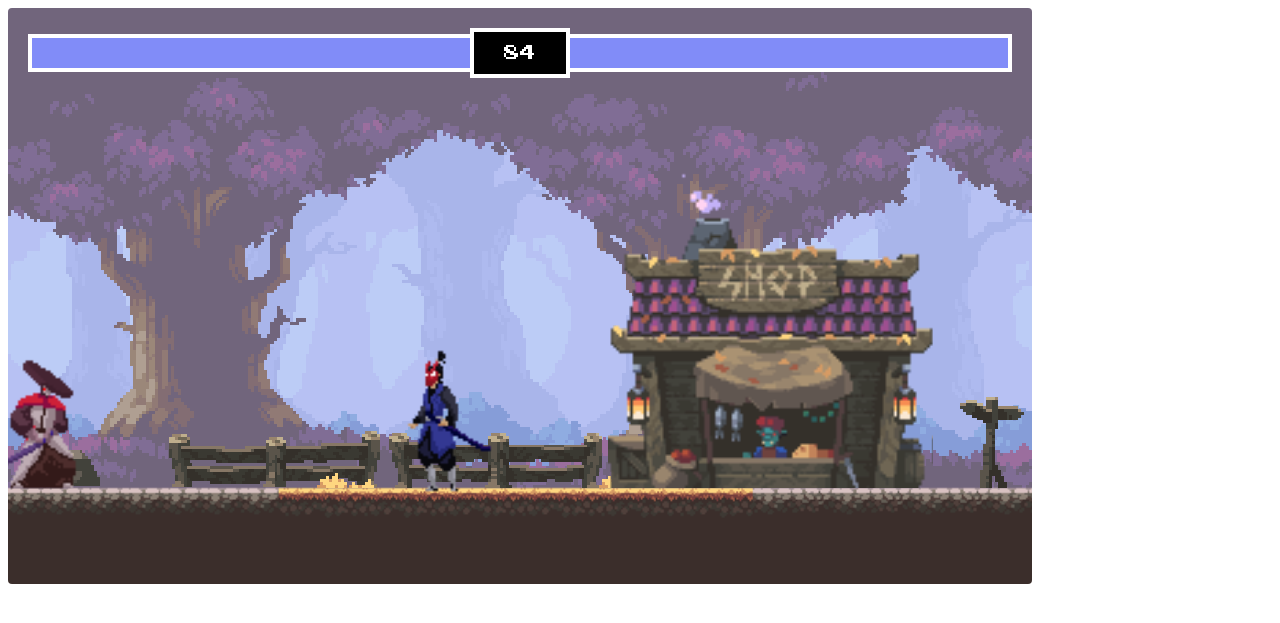
Repository: LuizAGDomingues/js-fighting-game
Page: index.html
An editor plug-in stored every save of this project. The page is shown before and after a run of saves, followed by the edit.
The browser window is 1280 px wide. The pictures show the whole page.

Above is the page before, as saved 2022-12-23 11:59:33.

### index.html
<!DOCTYPE html>
<html lang="en">
  <head>
    <meta charset="UTF-8" />
    <link rel="icon" type="image/svg+xml" href="./images/Logo.jpg" />
    <link rel="preconnect" href="https://fonts.googleapis.com" />
    <link rel="preconnect" href="https://fonts.gstatic.com" crossorigin />
    <link href="https://fonts.googleapis.com/css2?family=Press+Start+2P&display=swap" rel="stylesheet" />
    <link href="./src/css/battle.css" rel="stylesheet" />
    <meta name="viewport" content="width=device-width, initial-scale=1.0" />
    <title>Figthing Game</title>
  </head>
  <body>
    <div class="content">
      <div class="life-bars">
        <!-- player health -->
        <div class="playerHealth-content">
          <div class="playerHealth-aux"></div>
          <div id="playerHealth" class="playerHealth-bar"></div>
        </div>
        <!-- timer -->
        <div id="timer" class="timer">10</div>
        <!-- enemy health -->
        <div class="enemyHealth-content">
          <div class="enemyHealth-aux"></div>
          <div id="enemyHealth" class="enemyHealth-bar"></div>
        </div>
      </div>
      <div id="displayText" class="result">Tie</div>
      <canvas style="border-radius: 4px;"></canvas>
    </div>
    <script
      src="https://cdnjs.cloudflare.com/ajax/libs/gsap/3.11.3/gsap.min.js"
      integrity="sha512-gmwBmiTVER57N3jYS3LinA9eb8aHrJua5iQD7yqYCKa5x6Jjc7VDVaEA0je0Lu0bP9j7tEjV3+1qUm6loO99Kw=="
      crossorigin="anonymous"
      referrerpolicy="no-referrer"
    ></script>
    <script src="./src/utils.js"></script>
    <script src="./src/classes.js"></script>
    <script src="./src/main.js"></script>
  </body>
</html>

### src/css/battle.css
* {
  box-sizing: border-box;
  font-family: 'Press Start 2P', sans-serif;
}

.content {
  position: relative;
  display: inline-block;
}

.life-bars {
  position: absolute;
  display: flex;
  width: 100%;
  align-items: center;
  padding: 20px;
}

.playerHealth-content {
  position: relative;
  width: 100%;
  display: flex;
  justify-content: flex-end;
  border-top: 4px solid white;
  border-left: 4px solid white;
  border-bottom: 4px solid white;
}

.playerHealth-aux {
  background-color: red;
  height: 30px;
  width: 100%;
}

.playerHealth-bar {
  position: absolute;
  background: #818CF8;
  top: 0;
  right: 0;
  bottom: 0;
  width: 100%;
}

.timer {
  background-color: black;
  width: 100px;
  height: 50px;
  flex-shrink: 0;
  display: flex;
  align-items: center;
  justify-content: center;
  color: white;
  border: 4px solid white;
}

.enemyHealth-content {
  position: relative;
  width: 100%;
  border-top: 4px solid white;
  border-right: 4px solid white;
  border-bottom: 4px solid white;
}

.enemyHealth-aux {
  background-color: red;
  height: 30px;
}

.enemyHealth-bar {
  position: absolute;
  background: #818CF8;
  top: 0;
  right: 0;
  bottom: 0;
  left: 0;
}

.result {
  position: absolute;
  color: white;
  align-items: center;
  justify-content: center;
  top: 0;
  right: 0;
  bottom: 0;
  left: 0;
  display: none;
}

### src/utils.js
function rectangularCollision({ rectangle1, rectangle2 }) {
  return (
    rectangle1.attackBox.position.x + rectangle1.attackBox.width >= rectangle2.position.x
    && rectangle1.attackBox.position.x <= rectangle2.position.x + rectangle2.width
    && rectangle1.attackBox.position.y + rectangle1.attackBox.height >= rectangle2.position.y
    && rectangle1.attackBox.position.y <= rectangle2.position.y + rectangle2.height
  )
};

function determineWinner({player, enemy, timerId}) {
  clearTimeout(timerId)
  document.querySelector('#displayText').style.display = 'flex'
  if(player.health === enemy.health) {
    document.querySelector('#displayText').innerHTML = 'Tie'
  } else if (player.health > enemy.health) {
    document.querySelector('#displayText').innerHTML = 'Player 1 wins'
  } else if (player.health < enemy.health) {
    document.querySelector('#displayText').innerHTML = 'Player 2 wins'
  }
};

### src/classes.js
class Sprite {
  constructor({position, imageSrc, scale = 1, framesMax = 1, offset = { x: 0, y: 0 }}) {
    this.position = position
    this.width = 50
    this.height = 150
    this.image = new Image()
    this.image.src = imageSrc
    this.scale = scale
    this.framesMax = framesMax
    this.framesCurrent = 0
    this.framesElapsed = 0
    this.framesHold = 5
    this.offset = offset
  }

  draw() {
    c.drawImage(
      this.image,
      this.framesCurrent * (this.image.width / this.framesMax),
      0,
      this.image.width / this.framesMax,
      this.image.height,
      this.position.x - this.offset.x,
      this.position.y - this.offset.y,
      (this.image.width / this.framesMax) * this.scale,
      this.image.height * this.scale
    )
  }

  animateFrames() {
    this.framesElapsed++
    if(this.framesElapsed % this.framesHold === 0) {
      if(this.framesCurrent < this.framesMax - 1) {
        this.framesCurrent++
      } else {
        this.framesCurrent = 0
      }
    }
  }

  update() {
    this.draw()
    this.animateFrames()
  }
}

class Fighter extends Sprite {
  constructor({
    position,
    velocity,
    color = 'red',
    imageSrc,
    scale = 1,
    framesMax = 1,
    offset = { x: 0, y: 0 },
    sprites,
    attackBox = { offset: {}, width: undefined, height: undefined }
  }) {
    super({
      position,
      imageSrc,
      scale,
      framesMax,
      offset
    })

    this.velocity = velocity
    this.width = 50
    this.height = 150
    this.lastKey
    this.attackBox = {
      position: {
        x: this.position.x,
        y: this.position.y
      },
      offset: attackBox.offset,
      width: attackBox.width,
      height: attackBox.height
    }
    this.color = color
    this.isAttacking
    this.health = 100
    this.facingRight = true
    this.framesCurrent = 0
    this.framesElapsed = 0
    this.framesHold = 5
    this.sprites = sprites
    this.dead = false

    for (const sprite in this.sprites) {
      sprites[sprite].image = new Image()
      sprites[sprite].image.src = sprites[sprite].imageSrc
    }
  }

  update() {
    this.draw()
    if(!this.dead) this.animateFrames()

    this.attackBox.position.x = this.position.x + this.attackBox.offset.x
    this.attackBox.position.y = this.position.y + this.attackBox.offset.y

    // Draw the attack box
    //c.fillRect(this.attackBox.position.x, this.attackBox.position.y, this.attackBox.size.width, this.attackBox.height)

    this.position.x += this.velocity.x
    this.position.y += this.velocity.y

    // gravity function
    if(this.position.y + this.height + this.velocity.y >= canvas.height - 96) {
      this.velocity.y = 0
      this.position.y = 330
    } else this.velocity.y += gravity
  }

  attack() {
    if(this.image === this.sprites.takeHit.image || this.image === this.sprites.death.image) {
      return
    } else {
      this.switchSprite('attack1')
      this.isAttacking = true
    }
  }

  takeHit() {
    this.health -= 20
    if(this.health <= 0) {
      this.switchSprite('death')
    } else {
      this.switchSprite('takeHit')
    }
  }

  switchSprite(sprite) {
    if(this.image === this.sprites.death.image) {
      if(this.framesCurrent === this.sprites.death.framesMax - 1)
        this.dead = true
      return
    }
    // overriding all other animations with the attack animation
    if(
      this.image === this.sprites.attack1.image &&
      this.framesCurrent < this.sprites.attack1.framesMax - 1
    ) return
    // overriding when figther gets hit
    if(
      this.image === this.sprites.takeHit.image &&
      this.framesCurrent < this.sprites.takeHit.framesMax - 1
    ) return

    switch(sprite) {
      case 'idle':
        if(this.image !== this.sprites.idle.image) {
          this.image = this.sprites.idle.image
          this.framesMax = this.sprites.idle.framesMax
          this.framesCurrent = 0
        }
        break
      case 'run':
        if(this.image !== this.sprites.run.image) {
          this.image = this.sprites.run.image
          this.framesMax = this.sprites.run.framesMax
          this.framesCurrent = 0
        }
        break
      case 'jump':
        if(this.image !== this.sprites.jump.image) {
          this.image = this.sprites.jump.image
          this.framesMax = this.sprites.jump.framesMax
          this.framesCurrent = 0
        }
        break
      case 'fall':
        if(this.image !== this.sprites.fall.image) {
          this.image = this.sprites.fall.image
          this.framesMax = this.sprites.fall.framesMax
          this.framesCurrent = 0
        }
        break
      case 'attack1':
        if(this.image !== this.sprites.attack1.image) {
          this.image = this.sprites.attack1.image
          this.framesMax = this.sprites.attack1.framesMax
          this.framesCurrent = 0
        }
        break
      case 'takeHit':
        if(this.image !== this.sprites.takeHit.image) {
          this.image = this.sprites.takeHit.image
          this.framesMax = this.sprites.takeHit.framesMax
          this.framesCurrent = 0
        }
        break
      case 'death':
        if(this.image !== this.sprites.death.image) {
          this.image = this.sprites.death.image
          this.framesMax = this.sprites.death.framesMax
          this.framesCurrent = 0
        }
        break
    }
  }
}

### src/main.js
const canvas = document.querySelector('canvas');
const c = canvas.getContext('2d');

canvas.width = 1024
canvas.height = 576

c.fillRect(0, 0, canvas.width, canvas.height)

const gravity = .7

var gameIsOver = false

const background = new Sprite({
  position: {
    x: 0,
    y: 0
  },
  imageSrc: '../images/background.png'
})

const shop = new Sprite({
  position: {
    x: 600,
    y: 128
  },
  imageSrc: '../images/shop.png',
  scale: 2.75,
  framesMax: 6
})

const player = new Fighter({
  position: {
    x: 0,
    y: 0
  },
  velocity: {
    x: 0,
    y: 0
  },
  offset: {
    x: 0,
    y: 0
  },
  imageSrc: '../images/samuraiMack/Idle.png',
  framesMax: 8,
  scale: 2.5,
  offset: {
    x: 215,
    y: 155
  },
  sprites: {
    idle: {
      imageSrc: '../images/samuraiMack/Idle.png',
      framesMax: 8
    },
    run: {
      imageSrc: '../images/samuraiMack/Run.png',
      framesMax: 8
    },
    jump: {
      imageSrc: '../images/samuraiMack/Jump.png',
      framesMax: 2
    },
    fall: {
      imageSrc: '../images/samuraiMack/Fall.png',
      framesMax: 2
    },
    attack1: {
      imageSrc: '../images/samuraiMack/Attack1.png',
      framesMax: 6
    },
    takeHit: {
      imageSrc: '../images/samuraiMack/Take Hit.png',
      framesMax: 4
    },
    death: {
      imageSrc: '../images/samuraiMack/Death.png',
      framesMax: 6
    }
  },
  attackBox: {
    offset: {
      x: 100,
      y: 50
    },
    width: 140,
    height: 50
  }
})

const enemy = new Fighter({
  position: {
    x: 400,
    y: 100
  },
  velocity: {
    x: 0,
    y: 0
  },
  color: 'blue',
  offset: {
    x: -50,
    y: 0
  },
  imageSrc: '../images/kenji/Idle.png',
  framesMax: 4,
  scale: 2.5,
  offset: {
    x: 215,
    y: 167
  },
  sprites: {
    idle: {
      imageSrc: '../images/kenji/Idle.png',
      framesMax: 4
    },
    run: {
      imageSrc: '../images/kenji/Run.png',
      framesMax: 8
    },
    jump: {
      imageSrc: '../images/kenji/Jump.png',
      framesMax: 2
    },
    fall: {
      imageSrc: '../images/kenji/Fall.png',
      framesMax: 2
    },
    attack1: {
      imageSrc: '../images/kenji/Attack1.png',
      framesMax: 4
    },
    takeHit: {
      imageSrc: '../images/kenji/Take hit.png',
      framesMax: 3
    },
    death: {
      imageSrc: '../images/kenji/Death.png',
      framesMax: 7
    }
  },
  attackBox: {
    offset: {
      x: -170,
      y: 50
    },
    width: 170,
    height: 50
  }
})

const keys = {
  a: {
    pressed: false
  },
  d: {
    pressed: false
  },
  ArrowRight: {
    pressed: false
  },
  ArrowLeft: {
    pressed: false
  }
}

// Timer actions
let timer = 90
let timerId
function decreaseTimer() {
  if(timer > 0) {
    timerId = setTimeout(decreaseTimer, 1000)
    timer--
    document.querySelector('#timer').innerHTML = timer
  }
  if(timer === 0) {
    determineWinner({player, enemy, timerId})
    gameIsOver = true
  }
};
decreaseTimer();

function animate() {
  window.requestAnimationFrame(animate)
  c.fillStyle = 'black'
  c.fillRect(0, 0, canvas.width, canvas.height)
  background.update()
  shop.update()
  c.fillStyle = 'rgba(255, 255, 255, 0.1)'
  c.fillRect(0, 0, canvas.width, canvas.height)
  player.update()
  enemy.update()

  player.velocity.x = 0
  enemy.velocity.x = 0

  // player movement
  if(keys.a.pressed && player.lastKey === 'a' && player.position.x >= 0) {
    player.velocity.x = -5
    player.switchSprite('run')
  } else if(keys.d.pressed && player.lastKey === 'd' && player.position.x <= canvas.width - 60) {
    player.velocity.x = 5
    player.switchSprite('run')
  } else {
    player.switchSprite('idle')
  }
  // player jumping
  if(player.velocity.y < 0) {
    player.switchSprite('jump')
  } else if(player.velocity.y > 0) {
    player.switchSprite('fall')
  }
  // verify player facing right
  if (player.position.x < enemy.position.x) {
    player.facingRight = true;
  } else {
    player.facingRight = false;
  }

  // enemy movement
  if(keys.ArrowLeft.pressed && enemy.lastKey === 'ArrowLeft' && enemy.position.x >= 0) {
    enemy.velocity.x = -5
    enemy.switchSprite('run')
  } else if(keys.ArrowRight.pressed && enemy.lastKey === 'ArrowRight' && enemy.position.x <= canvas.width - 50) {
    enemy.velocity.x = 5
    enemy.switchSprite('run')
  } else {
    enemy.switchSprite('idle')
  }
  // enemy jumping
  if(enemy.velocity.y < 0) {
    enemy.switchSprite('jump')
  } else if(enemy.velocity.y > 0) {
    enemy.switchSprite('fall')
  }

  // detect for collision & enemy is hit
  if(rectangularCollision({rectangle1: player, rectangle2: enemy}) && player.isAttacking && player.framesCurrent === 4) {
    enemy.takeHit()
    player.isAttacking = false
    gsap.to('#enemyHealth', {
      width: enemy.health + '%'
    })
  }

  //if player misses enemy
  if(player.isAttacking && player.framesCurrent === 4) {
    player.isAttacking = false
  }

  // detect for collision & player is hit
  if(rectangularCollision({rectangle1: enemy, rectangle2: player}) && enemy.isAttacking && enemy.framesCurrent === 2) {
    player.takeHit()
    enemy.isAttacking = false
    gsap.to('#playerHealth', {
      width: player.health + '%'
    })
  }

  //if enemy misses enemy
  if(enemy.isAttacking && enemy.framesCurrent === 2) {
    enemy.isAttacking = false
  }

  // end game base on health
  if(enemy.health <= 0 || player.health <= 0){
    determineWinner({player, enemy, timerId})
    gameIsOver = true
  }
}
animate()

window.addEventListener('keydown', (event) => {
  if(!player.dead && !gameIsOver) {
    switch (event.key) {
      case 'd':
        keys.d.pressed = true
        player.lastKey = 'd'
        break
      case 'a':
        keys.a.pressed = true
        player.lastKey = 'a'
        break
      case 'w':
        if(player.image === player.sprites.jump.image || player.image === player.sprites.fall.image) {
          break
        }
        player.velocity.y = -20
        break
      case ' ':
        player.attack()
        break
    }
  }
  if(!enemy.dead && !gameIsOver) {
    switch (event.key) {
      case 'ArrowRight':
        keys.ArrowRight.pressed = true
        enemy.lastKey = 'ArrowRight'
        break
      case 'ArrowLeft':
        keys.ArrowLeft.pressed = true
        enemy.lastKey = 'ArrowLeft'
        break
      case 'ArrowUp':
        if(enemy.image === enemy.sprites.jump.image || enemy.image === enemy.sprites.fall.image) {
          break
        }
        enemy.velocity.y = -20
        break
      case 'ArrowDown':
        enemy.attack()
        break
    }
  }
})

window.addEventListener('keyup', (event) => {
  switch (event.key) {
    case 'd':
      keys.d.pressed = false
      break
    case 'a':
      keys.a.pressed = false
      break

    case 'ArrowRight':
      keys.ArrowRight.pressed = false
      break
    case 'ArrowLeft':
      keys.ArrowLeft.pressed = false
      break
  }
})

After the next 4 saves:
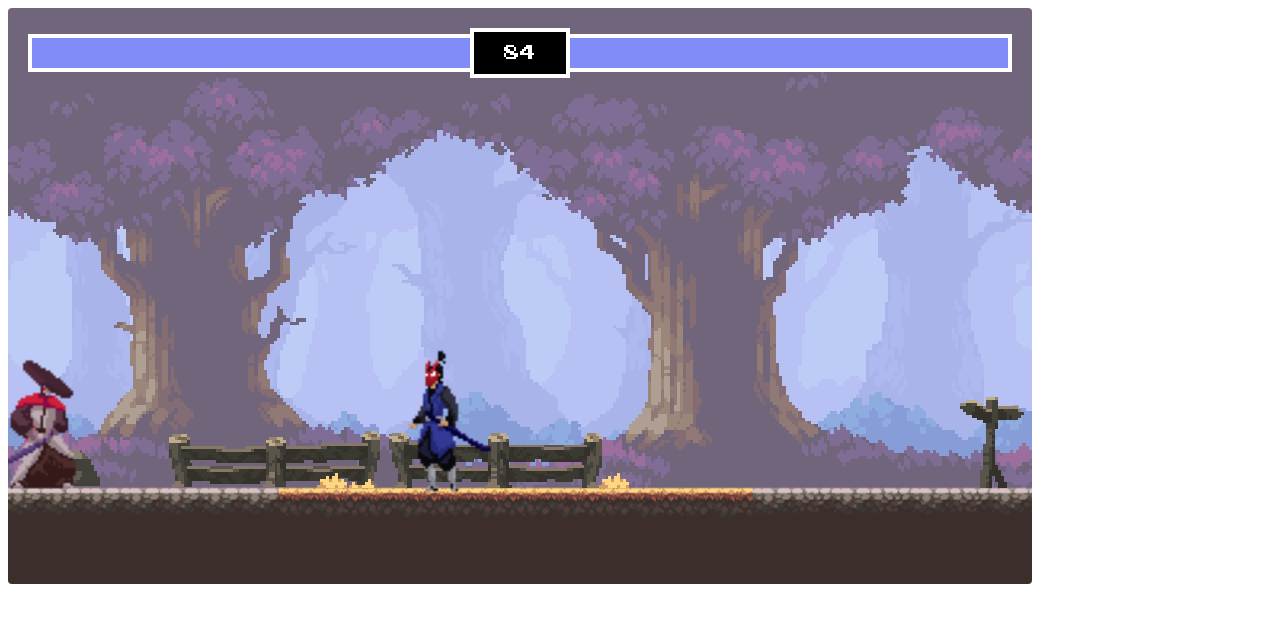
The 4 saves are shown as one change because they came seconds apart.
The last was saved 60 s later.
--- a/src/classes.js
+++ b/src/classes.js
@@ -25,6 +25,12 @@
       (this.image.width / this.framesMax) * this.scale,
       this.image.height * this.scale
     )
+
+    if (this.facingRight) {
+      c.scale(1, 1);
+    } else {
+      c.scale(-1, 1);
+    }
   }
 
   animateFrames() {

After the save that followed:
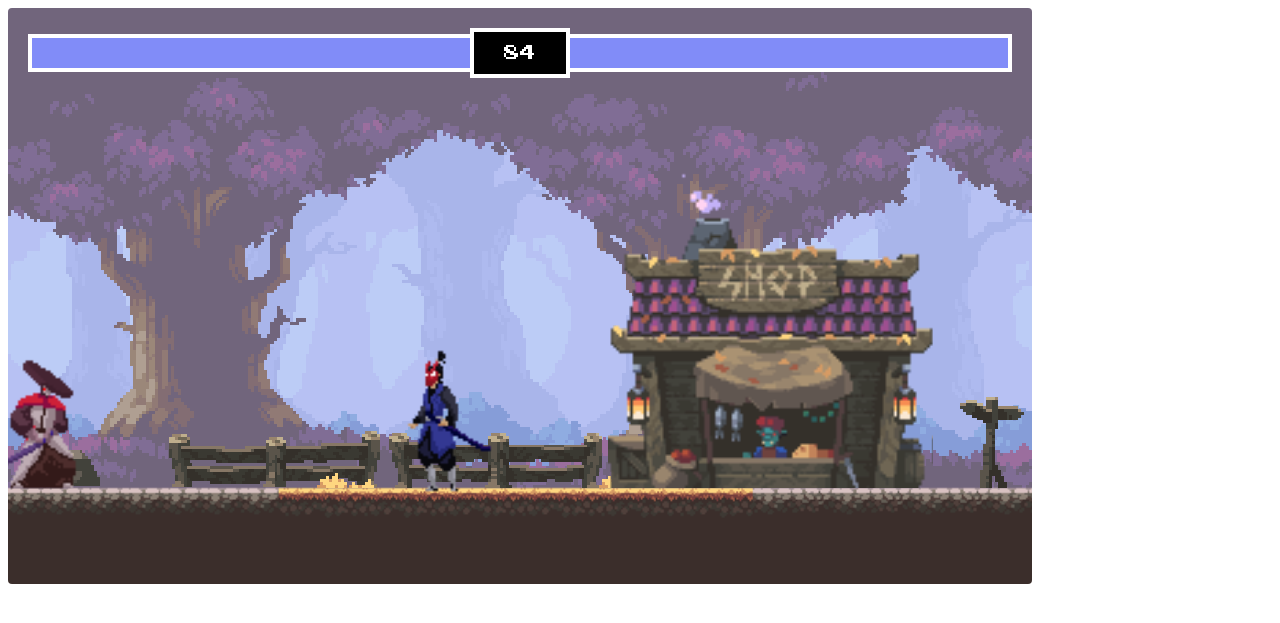
Saved 86 s later.
--- a/src/classes.js
+++ b/src/classes.js
@@ -25,12 +25,6 @@
       (this.image.width / this.framesMax) * this.scale,
       this.image.height * this.scale
     )
-
-    if (this.facingRight) {
-      c.scale(1, 1);
-    } else {
-      c.scale(-1, 1);
-    }
   }
 
   animateFrames() {
